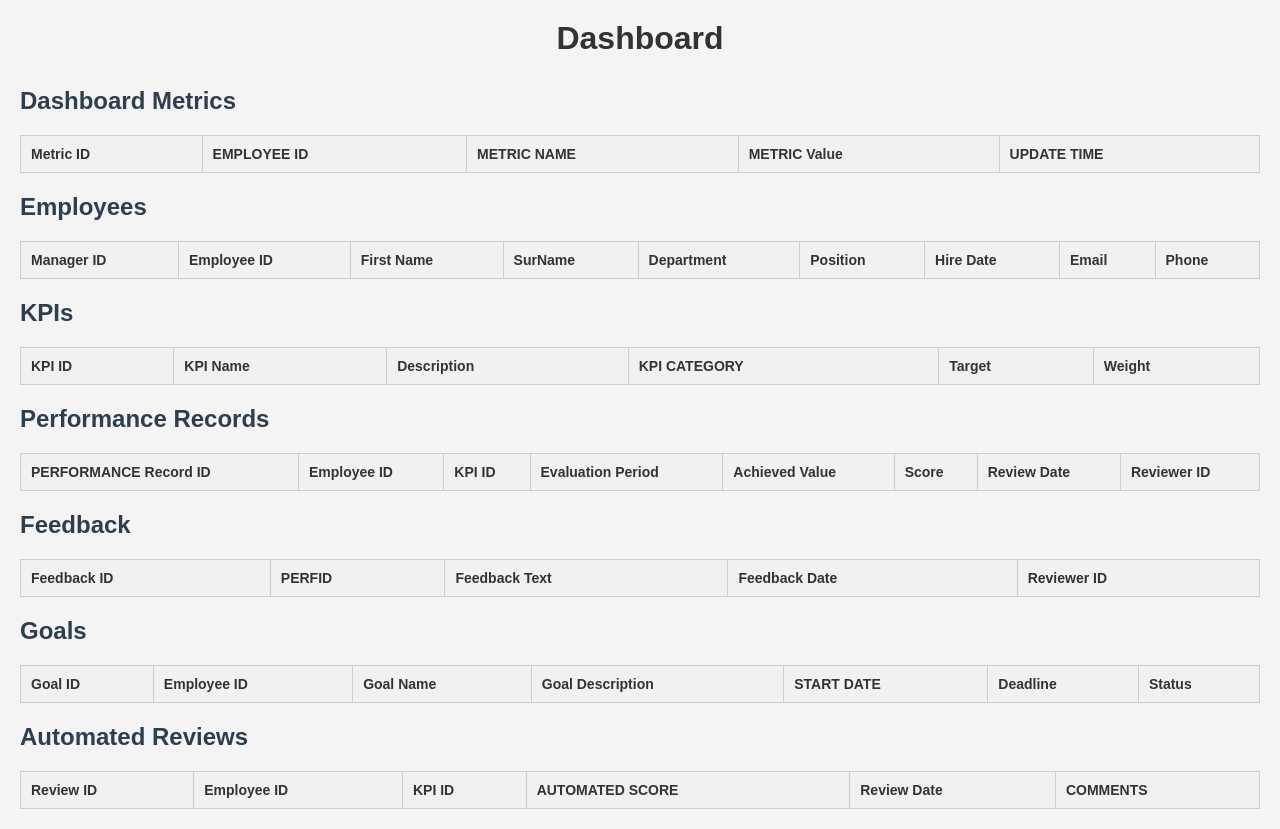
Repository: Wuda2000/Mongodb
Page: http://localhost/dashboard
An editor plug-in stored every save of this project. The page is shown before and after the next save, followed by the edit.
The browser window is 1280 px wide. The pictures show the whole page.
The page is served by the project's application, run on Flask 3 (app.py). Queries for data that is not in the repository find no rows.

Above is the page before, as saved 2024-11-11 18:57:41.

### templates/dashboard.html
<!DOCTYPE html>
<html lang="en">
<head>
    <meta charset="UTF-8">
    <meta name="viewport" content="width=device-width, initial-scale=1.0">
    <title>Dashboard</title>
    <link rel="stylesheet" href="{{ url_for('static', filename='styles.css') }}">
</head>
<body>
    <h1>Dashboard</h1>


    <!-- Dashboard Metrics Table -->
    <h2>Dashboard Metrics</h2>
    <table border="1">
        <thead>
            <tr>
                <th>Metric ID</th>
                <th>EMPLOYEE ID</th>
                <th>METRIC NAME</th>
                <th>METRIC Value</th>
                <th>UPDATE TIME</th>
            </tr>
        </thead>
        <tbody>
            {% for metric in dashboard_metrics %}
                <tr>
                    <td>{{ metric['metric_id'] }}</td>
                    <td>{{ metric['employee_id'] }}</td>
                    <td>{{ metric['metric_name'] }}</td>
                    <td>{{ metric['metric_value'] }}</td>
                    <td>{{ metric['update_time'] }}</td>
                </tr>
            {% endfor %}
        </tbody>
    </table>

    <!-- Employees Table -->
    <h2>Employees</h2>
    <table border="1">
        <thead>
            <tr>
                <th>Manager ID</th>
                <th>Employee ID</th>
                <th>First Name</th>
                <th>SurName</th>
                <th>Department</th>
                <th>Position</th>
                <th>Hire Date</th>
                <th>Email</th>
                <th>Phone</th>
            </tr>
        </thead>
        <tbody>
            {% for employee in employees %}
                <tr>
                    <td>{{ employee['manager_id'] }}</td>
                    <td>{{ employee['employee_id'] }}</td>
                    <td>{{ employee['first_name'] }}</td>
                    <td>{{ employee['last_name'] }}</td>
                    <td>{{ employee['department'] }}</td>
                    <td>{{ employee['position'] }}</td>
                    <td>{{ employee['date_hired'] }}</td>
                    <td>{{ employee['email'] }}</td>
                    <td>{{ employee['phone'] }}</td>
                </tr>
            {% endfor %}
        </tbody>
    </table>

    <!-- KPIs Table -->
    <h2>KPIs</h2>
    <table border="1">
        <thead>
            <tr>
                <th>KPI ID</th>
                <th>KPI Name</th>
                <th>Description</th>
                <th>KPI CATEGORY</th>
                <th>Target</th>
                <th>Weight</th>
            </tr>
        </thead>
        <tbody>
            {% for kpi in kpis %}
                <tr>
                    <td>{{ kpi['kpi_id'] }}</td>
                    <td>{{ kpi['kpi_name'] }}</td>
                    <td>{{ kpi['description'] }}</td>
                    <td>{{ kpi['kpi_category'] }}</td>
                    <td>{{ kpi['target_value'] }}</td>
                    <td>{{ kpi['weight'] }}</td>
                </tr>
            {% endfor %}
        </tbody>
    </table>

    <!-- Performance Records Table -->
    <h2>Performance Records</h2>
    <table border="1">
        <thead>
            <tr>
                <th>PERFORMANCE Record ID</th>
                <th>Employee ID</th>
                <th>KPI ID</th>
                <th>Evaluation Period</th>
                <th>Achieved Value</th>
                <th>Score</th>
                <th>Review Date</th>
                <th>Reviewer ID</th>
            </tr>
        </thead>
        <tbody>
            {% for record in performance_records %}
                <tr>
                    <td>{{ record['performance_record_id'] }}</td>
                    <td>{{ record['employee_id'] }}</td>
                    <td>{{ record['kpi_id'] }}</td>
                    <td>{{ record['evaluation_period'] }}</td>
                    <td>{{ record['achieved_value'] }}</td>
                    <td>{{ record['score'] }}</td>
                    <td>{{ record['review_date'] }}</td>
                    <td>{{ record['reviewer_id'] }}</td>
                </tr>
            {% endfor %}
        </tbody>
    </table>

    <!-- Feedback Table -->
    <h2>Feedback</h2>
    <table border="1">
        <thead>
            <tr>
                <th>Feedback ID</th>
                <th>PERFID</th>
                <th>Feedback Text</th>
                <th>Feedback Date</th>
                <th>Reviewer ID</th>
            </tr>
        </thead>
        <tbody>
            {% for feedback in feedbacks %}
                <tr>
                    <td>{{ feedback['feedback_id'] }}</td>
                    <td>{{ feedback['Employee ID'] }}</td>
                    <td>{{ feedback['Feedback Text'] }}</td>
                    <td>{{ feedback['Feedback Date'] }}</td>
                    <td>{{ feedback['Reviewer ID'] }}</td>
                </tr>
            {% endfor %}
        </tbody>
    </table>

    <!-- Goals Table -->
    <h2>Goals</h2>
    <table border="1">
        <thead>
            <tr>
                <th>Goal ID</th>
                <th>Employee ID</th>
                <th>Goal Name</th>
                <th>Goal Description</th>
                <th>START DATE</th>
                <th>Deadline</th>
                <th>Status</th>
            </tr>
        </thead>
        <tbody>
            {% for goal in goals %}
                <tr>
                    <td>{{ goal['goal_id'] }}</td>
                    <td>{{ goal['employee_id'] }}</td>
                    <td>{{ goal['kpi_id'] }}</td>
                    <td>{{ goal['goal_description'] }}</td>
                    <td>{{ goal['goal_start_date'] }}</td>
                    <td>{{ goal['goal_due_date'] }}</td>
                    <td>{{ goal['goal_status'] }}</td>
                </tr>
            {% endfor %}
        </tbody>
    </table>

    <!-- Automated Reviews Table -->
    <h2>Automated Reviews</h2>
    <table border="1">
        <thead>
            <tr>
                <th>Review ID</th>
                <th>Employee ID</th>
                <th>KPI ID</th>
                <th>AUTOMATED SCORE</th>
                <th>Review Date</th>
                <th>COMMENTS</th>
            </tr>
        </thead>
        <tbody>
            {% for review in automated_reviews %}
                <tr>
                    <td>{{ review['review_id'] }}</td>
                    <td>{{ review['employee_id'] }}</td>
                    <td>{{ review['kpi_id'] }}</td>
                    <td>{{ review['automated_score'] }}</td>
                    <td>{{ review['review_date'] }}</td>
                    <td>{{ review['comments'] }}</td>
                </tr>
            {% endfor %}
        </tbody>
    </table>



</body>
</html>

### app.py
from flask import Flask, render_template
from pymongo import MongoClient

app = Flask(__name__)

# Connect to MongoDB
client = MongoClient('mongodb://localhost:27017/')
db = client['companyDB']

# Access the collections
employees_collection = db['Employees']
kpis_collection = db['KPIs']
performance_records_collection = db['Performance Records']
feedback_collection = db['Feedback']
goals_collection = db['Goals']
automated_reviews_collection = db['Automated Reviews']
dashboard_metrics_collection = db['Dashboard Metrics']

# Route for the home page to display employees
@app.route('/')
def index():
    employees = list(employees_collection.find())
    return render_template('index.html', employees=employees)

# Route to display KPIs
@app.route('/kpis')
def display_kpis():
    kpis = list(kpis_collection.find())
    return render_template('kpis.html', kpis=kpis)

# Route to display Performance Records
@app.route('/performance-records')
def display_performance_records():
    performance_records = list(performance_records_collection.find())
    return render_template('performance_records.html', performance_records=performance_records)

# Route to display Feedback
@app.route('/feedback')
def display_feedback():
    feedbacks = list(feedback_collection.find())
    return render_template('feedback.html', feedbacks=feedbacks)

# Route to display Goals
@app.route('/goals')
def display_goals():
    goals = list(goals_collection.find())
    return render_template('goals.html', goals=goals)

# Route to display Automated Reviews
@app.route('/automated-reviews')
def display_automated_reviews():
    automated_reviews = list(automated_reviews_collection.find())
    return render_template('automated_reviews.html', automated_reviews=automated_reviews)

# Route to display Dashboard Metrics
@app.route('/dashboard-metrics')
def display_dashboard_metrics():
    dashboard_metrics = list(dashboard_metrics_collection.find())
    return render_template('dashboard_metrics.html', dashboard_metrics=dashboard_metrics)

# New route to display everything on one page (Dashboard)
@app.route('/dashboard')
def dashboard():
    # Fetch data from MongoDB collections
    employees = list(employees_collection.find())
    kpis = list(kpis_collection.find())
    performance_records = list(performance_records_collection.find())
    feedbacks = list(feedback_collection.find())
    goals = list(goals_collection.find())
    automated_reviews = list(automated_reviews_collection.find())
    dashboard_metrics = list(dashboard_metrics_collection.find())

    # Pass all data to the dashboard.html template
    return render_template('dashboard.html',
                           employees=employees,
                           kpis=kpis,
                           performance_records=performance_records,
                           feedbacks=feedbacks,
                           goals=goals,
                           automated_reviews=automated_reviews,
                           dashboard_metrics=dashboard_metrics)

if __name__ == '__main__':
    app.run(debug=True)

### static/styles.css
/* Basic reset */
* {
    margin: 0;
    padding: 0;
    box-sizing: border-box;
}

/* Body styling */
body {
    font-family: Arial, sans-serif;
    background-color: #f4f4f4;
    margin: 20px;
}

/* Header styling */
h1 {
    color: #333;
    text-align: center;
    margin-bottom: 30px;
}

h2 {
    color: #555;
    margin-top: 20px;
    font-size: 1.5em;
}

/* Table styling */

table {
    width: 100%;
    margin: 20px 0;
    border-collapse: collapse;
    background-color: white;
}

table, th, td {
    border: 1px solid #ccc;
    padding: 10px;
}

th {
    background-color: #f1f1f1;
    color: #333;
    text-align: left;
}

td {
    color: #555;
}

/* Table hover effect */
tr:hover {
    background-color: #f9f9f9;
}

/* Make sure the content is not too small */
table td, table th {
    font-size: 14px;
    word-wrap: break-word;
}

/* Make the page more readable */
table {
    max-width: 100%;
    overflow-x: auto;
}

h2 {
    font-size: 1.5em;
    color: #2c3e50;
}

After the next save:
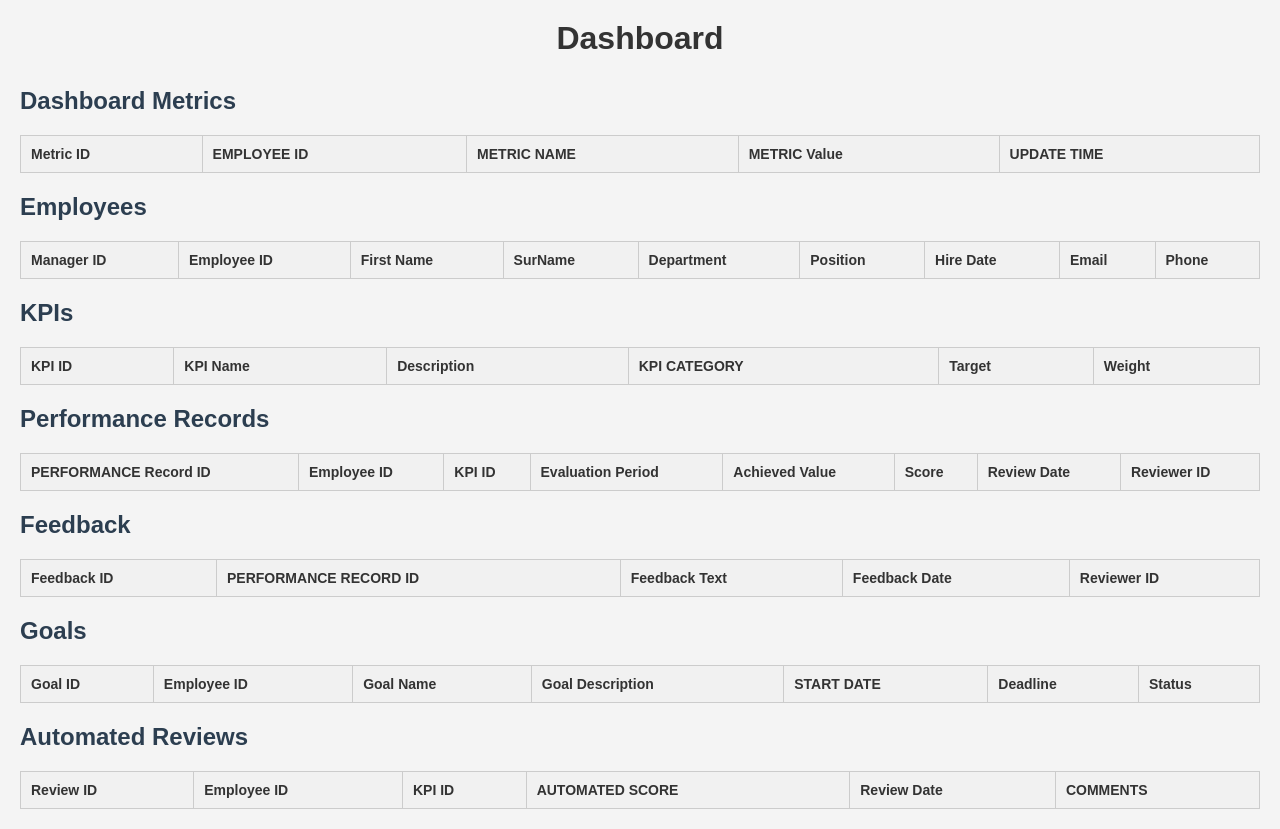
Saved 7 s later.
--- a/templates/dashboard.html
+++ b/templates/dashboard.html
@@ -132,7 +132,7 @@
         <thead>
             <tr>
                 <th>Feedback ID</th>
-                <th>PERFID</th>
+                <th>PERFORMANCE RECORD ID</th>
                 <th>Feedback Text</th>
                 <th>Feedback Date</th>
                 <th>Reviewer ID</th>
